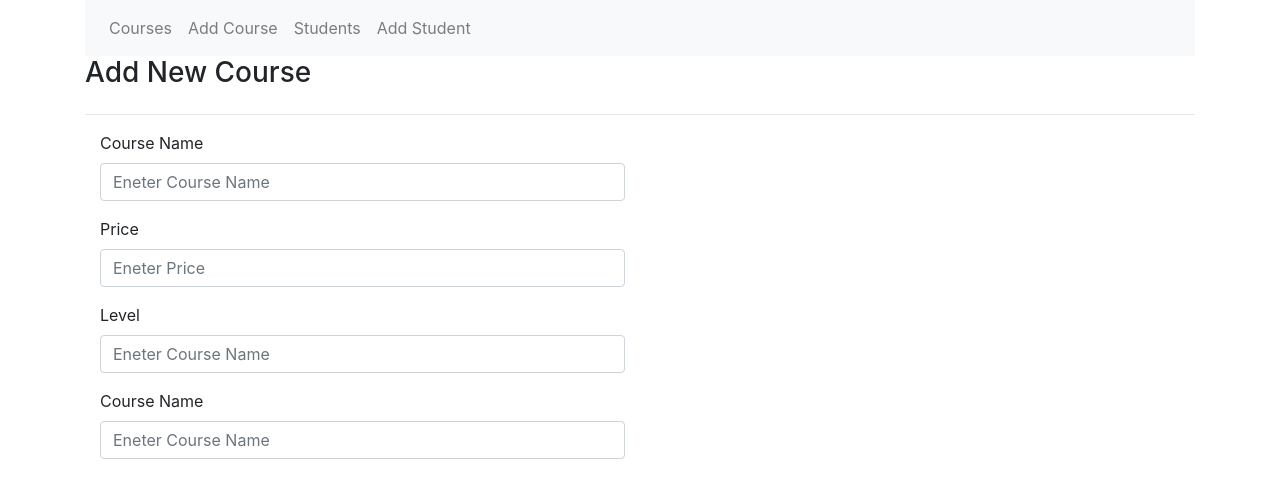
Repository: pyaephyotint22/Maven-Student-Course
Page: http://localhost/06-EL-JSTL/course-add.jsp
An editor plug-in stored every save of this project. The page is shown before and after the next save, followed by the edit.
The browser window is 1280 px wide. The pictures show the whole page.
The page is served by Tomcat 9.

Above is the page before, as saved 2020-12-20 09:22:54.

After the next save:
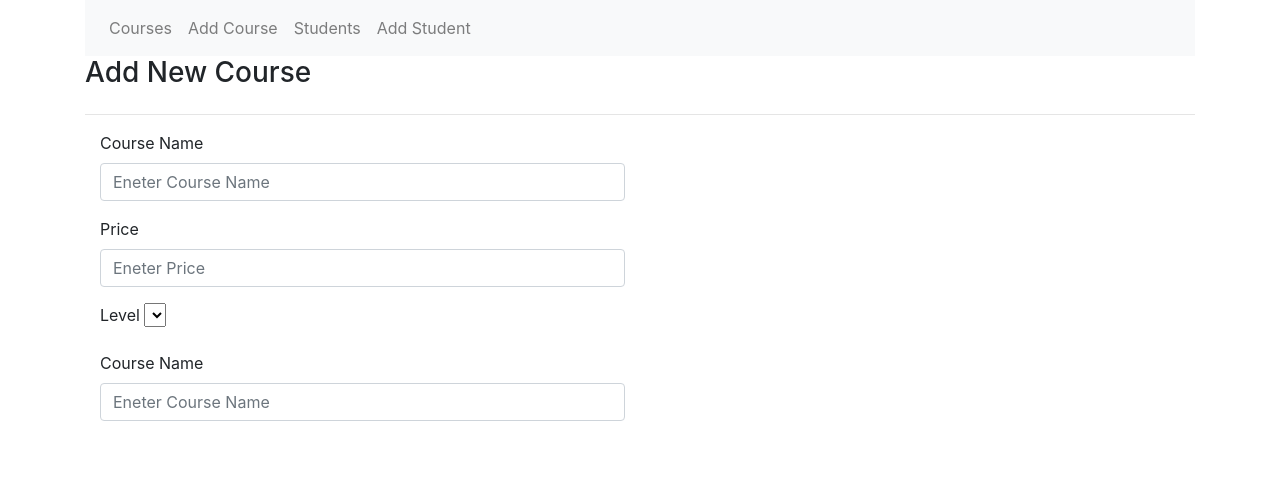
Saved 2 min 19 s later.
--- a/06-EL-JSTL/src/main/webapp/course-add.jsp
+++ b/06-EL-JSTL/src/main/webapp/course-add.jsp
@@ -30,7 +30,7 @@
 				</div>
 				<div class="form-group">
 					<label>Level</label>
-					<input type="text" name="coursename" requried="required" placeholder="Eneter Course Name" class="form-control">
+					<select name="level" id=""></select>
 				</div>
 				<div class="form-group">
 					<label>Course Name</label>
